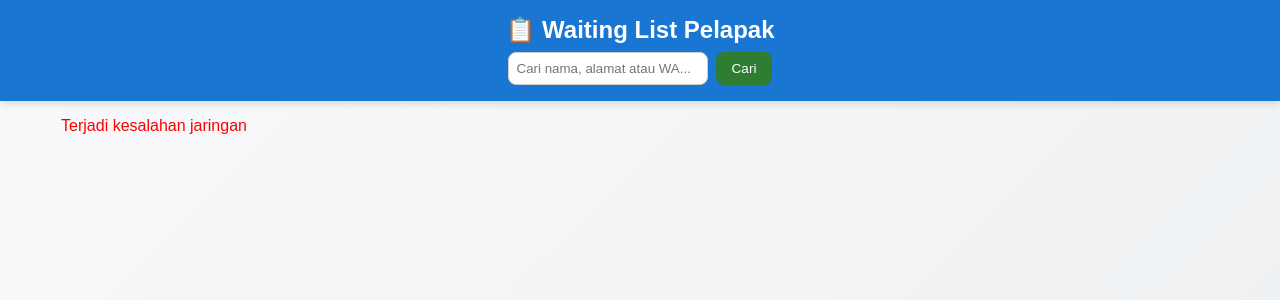
Repository: pasarrakyatbak/WaitingListforPanitia
Page: index.html
The author's editor kept a copy of each file at every save. The page is drawn from the files as they stood at one save, then again after a run of saves.
The browser window is 1280 px wide. The pictures show the whole page.
The page's requests for data from a server got no answer.

Above is the page before, as saved 2025-09-25 15:39:05.

### index.html
<!DOCTYPE html>
<html lang="id">

<head>
    <meta charset="UTF-8" />
    <meta name="viewport" content="width=device-width, initial-scale=1.0" />
    <title>Waiting List Pelapak</title>
    <link rel="stylesheet" href="style.css" />
    <link href="https://fonts.googleapis.com/icon?family=Material+Icons" rel="stylesheet">
</head>

<body>
    <header>
        <h1>📋 Waiting List Pelapak</h1>
        <div class="search-container">
            <input type="text" id="searchInput" placeholder="Cari nama, alamat atau WA...">
            <button id="searchBtn" class="btn primary">Cari</button>
        </div>
    </header>

    <main class="container">
        <!-- Loader Global -->
        <div id="loader" class="loader hidden">
            <div class="spinner"></div>
            <p>Sedang memuat data...</p>
        </div>

        <!-- List Container -->
        <div id="listContainer" class="grid"></div>

        <!-- Pagination -->
        <div id="pagination" class="pagination"></div>
    </main>

    <!-- Modal Konfirmasi -->
    <div id="modal" class="modal hidden">
        <div class="modal-content">
            <p id="modalMessage"></p>
            <div class="modal-actions">
                <button id="confirmBtn" class="btn primary">
                    <span class="btn-text">Ya</span>
                    <span class="btn-spinner hidden"></span>
                </button>
                <button id="cancelBtn" class="btn secondary">Batal</button>
            </div>
        </div>
    </div>

    <!-- Toast Notification -->
    <div id="toast" class="toast hidden">
        <span id="toastMessage"></span>
        <button id="toastClose">&times;</button>
    </div>

    <script src="script.js"></script>
</body>

</html>

### style.css
/* Reset & global */
* {
    margin: 0;
    padding: 0;
    box-sizing: border-box;
}

body {
    font-family: "Poppins", sans-serif;
    background: linear-gradient(135deg, #f9f9fb, #eceff1);
    color: #333;
    min-height: 100vh;
    display: flex;
    flex-direction: column;
}

header {
    padding: 1rem;
    text-align: center;
    background: #1976d2;
    color: #fff;
    box-shadow: 0 2px 8px rgba(0, 0, 0, 0.15);
}

h1 {
    font-size: 1.5rem;
    font-weight: 600;
    margin-bottom: 0.5rem;
}

.search-container {
    margin-top: 0.5rem;
    display: flex;
    justify-content: center;
    gap: 0.5rem;
}

.search-container input {
    padding: 0.5rem;
    border-radius: 8px;
    border: 1px solid #ccc;
    width: 200px;
}

.search-container button {
    padding: 0.5rem 1rem;
    border-radius: 8px;
    border: none;
    cursor: pointer;
}

/* Loader Global */
.loader {
    display: flex;
    flex-direction: column;
    align-items: center;
    justify-content: center;
    margin: 2rem 0;
    gap: 0.8rem;
}

.loader.hidden {
    display: none;
}

.spinner {
    border: 4px solid #eee;
    border-top: 4px solid #1976d2;
    border-radius: 50%;
    width: 36px;
    height: 36px;
    animation: spin 1s linear infinite;
}

@keyframes spin {
    100% {
        transform: rotate(360deg);
    }
}

/* Grid layout responsif */
.grid {
    display: grid;
    gap: 1rem;
    margin-top: 1rem;
}

@media(min-width:480px) {
    .grid {
        grid-template-columns: repeat(2, 1fr);
    }
}

@media(min-width:768px) {
    .grid {
        grid-template-columns: repeat(3, 1fr);
    }
}

@media(min-width:1024px) {
    .grid {
        grid-template-columns: repeat(4, 1fr);
    }
}

/* Card style */
.card {
    background: #fff;
    border-radius: 16px;
    box-shadow: 0 6px 16px rgba(0, 0, 0, 0.08);
    padding: 1rem 1.2rem;
    display: flex;
    flex-direction: column;
    justify-content: space-between;
    transition: transform 0.25s ease, box-shadow 0.25s ease;
}

.card:hover {
    transform: translateY(-4px);
    box-shadow: 0 10px 24px rgba(0, 0, 0, 0.12);
}

.card.done {
    border: 2px solid #2e7d32;
    background: #f1f8f4;
}

.card .title {
    font-size: 1.1rem;
    font-weight: 600;
    margin-bottom: 0.3rem;
    color: #222;
}

.card .subtitle {
    color: #555;
    font-size: 0.9rem;
    margin-bottom: 0.25rem;
}

.card .actions {
    margin-top: 0.8rem;
    display: flex;
    gap: 0.5rem;
}

/* Button styles */
.btn {
    border: none;
    padding: 0.5rem 1rem;
    border-radius: 10px;
    cursor: pointer;
    font-size: 0.85rem;
    font-weight: 500;
    transition: 0.3s ease;
    display: flex;
    align-items: center;
}

.btn.primary {
    background: #2e7d32;
    color: #fff;
}

.btn.primary:hover {
    background: #1b5e20;
}

.btn.secondary {
    background: #757575;
    color: #fff;
}

.btn.secondary:hover {
    background: #616161;
}

.btn.danger {
    background: #c62828;
    color: #fff;
}

.btn.danger:hover {
    background: #8e0000;
}

/* Modal */
.modal {
    position: fixed;
    inset: 0;
    background: rgba(0, 0, 0, 0.45);
    display: flex;
    align-items: center;
    justify-content: center;
    z-index: 1000;
}

.modal.hidden {
    display: none;
}

.modal-content {
    background: #fff;
    padding: 1.5rem;
    border-radius: 14px;
    width: 90%;
    max-width: 340px;
    text-align: center;
    animation: fadeInUp 0.3s ease;
}

.modal-actions {
    margin-top: 1rem;
    display: flex;
    justify-content: space-around;
}

/* Toast */
.toast {
    position: fixed;
    top: 50%;
    left: 50%;
    transform: translate(-50%, -50%) scale(0.95);
    background: #323232;
    color: #fff;
    padding: 1rem 1.2rem;
    border-radius: 12px;
    font-size: 0.95rem;
    box-shadow: 0 8px 24px rgba(0, 0, 0, 0.2);
    opacity: 0;
    display: flex;
    align-items: center;
    gap: 1rem;
    transition: opacity 0.4s ease, transform 0.4s ease;
    z-index: 2000;
}

.toast.show {
    opacity: 1;
    transform: translate(-50%, -50%) scale(1.05);
}

.toast.success {
    background: #2e7d32;
}

.toast.error {
    background: #c62828;
}

.toast button {
    background: transparent;
    border: none;
    color: #fff;
    font-size: 1.2rem;
    cursor: pointer;
}

/* Animasi */
@keyframes fadeInUp {
    from {
        transform: translateY(20px);
        opacity: 0;
    }

    to {
        transform: translateY(0);
        opacity: 1;
    }
}

/* Spinner kecil di tombol modal */
.btn-spinner {
    border: 3px solid rgba(255, 255, 255, 0.5);
    border-top: 3px solid #fff;
    border-radius: 50%;
    width: 16px;
    height: 16px;
    margin-left: 8px;
    animation: spin 0.8s linear infinite;
    display: inline-block;
}

.btn-spinner.hidden {
    display: none;
}

/* Spinner kecil di tombol card */
.btn-card-spinner {
    border: 2px solid rgba(255, 255, 255, 0.5);
    border-top: 2px solid #fff;
    border-radius: 50%;
    width: 14px;
    height: 14px;
    margin-left: 6px;
    animation: spin 0.8s linear infinite;
    display: inline-block;
}

.btn-card-spinner.hidden {
    display: none;
}

/* Pagination */
.pagination {
    display: flex;
    justify-content: center;
    gap: 0.5rem;
    margin-top: 1rem;
}

.pagination button {
    padding: 0.4rem 0.8rem;
    border-radius: 6px;
    border: 1px solid #1976d2;
    background: #fff;
    color: #1976d2;
    cursor: pointer;
}

.pagination button.active {
    background: #1976d2;
    color: #fff;
}

.pagination button:hover {
    opacity: 0.8;
}

### script.js
const URL_API = "https://script.google.com/macros/s/AKfycby4z2qZ24SrJkcyGpybH29lSUC_3_z1LG-7wSmTzpaOEXrwjXf0Cl3hqkg95qAxPj1-/exec";

const listContainer = document.getElementById("listContainer");
const modal = document.getElementById("modal");
const modalMessage = document.getElementById("modalMessage");
const confirmBtn = document.getElementById("confirmBtn");
const cancelBtn = document.getElementById("cancelBtn");
const loader = document.getElementById("loader");
const btnText = confirmBtn.querySelector(".btn-text");
const btnSpinner = confirmBtn.querySelector(".btn-spinner");
const searchInput = document.getElementById("searchInput");
const searchBtn = document.getElementById("searchBtn");
const paginationDiv = document.getElementById("pagination");

let selectedItem = null;
let selectedAction = null;
let selectedCardButton = null;
let currentPage = 1;
let totalPages = 1;
let currentKeyword = "";

// Loader global
function showLoader() { loader.classList.remove("hidden"); }
function hideLoader() { loader.classList.add("hidden"); }

// Spinner modal Ya
function setButtonLoading(state) {
    if (state) { btnText.textContent = "Memproses..."; btnSpinner.classList.remove("hidden"); confirmBtn.disabled = true; }
    else { btnText.textContent = "Ya"; btnSpinner.classList.add("hidden"); confirmBtn.disabled = false; }
}

// Load data
async function loadData(page = 1, limit = 10, keyword = "") {
    showLoader();
    let url = keyword && keyword.trim() !== ""
        ? `${URL_API}?action=searchWaitingList&keyword=${encodeURIComponent(keyword)}&page=${page}&limit=${limit}`
        : `${URL_API}?action=waitingList&page=${page}&limit=${limit}`;
    try {
        const res = await fetch(url);
        const json = await res.json();
        listContainer.innerHTML = "";
        if (json.success) {
            json.data.forEach(item => renderCard(item));
            currentPage = page;
            totalPages = json.totalPages || 1;
            renderPagination();
        } else {
            listContainer.innerHTML = `<p style="text-align:center;">${json.message || 'Gagal mengambil data'}</p>`;
            paginationDiv.innerHTML = "";
        }
    } catch (err) {
        console.error("Error loadData:", err);
        listContainer.innerHTML = `<p style="text-align:center; color:red;">Terjadi kesalahan jaringan</p>`;
        paginationDiv.innerHTML = "";
    } finally { hideLoader(); }
}

// Render card
function renderCard(item) {
    const card = document.createElement("div");
    card.classList.add("card");
    if (item.status === "done") card.classList.add("done");
    card.dataset.no = item.no;

    card.innerHTML = `
      <div class="title">${item.no}. ${item.nama}</div>
      <div class="subtitle"><strong>Alamat:</strong> ${item.alamat}</div>
      <div class="subtitle"><strong>Jualan:</strong> ${item.jualan}</div>
      <div class="subtitle"><strong>WA:</strong> ${item.nomor_wa}</div>
      <div class="actions">
        <button class="btn primary">
          Done <span class="btn-card-spinner hidden"></span>
        </button>
        <button class="btn danger">
          Hapus <span class="btn-card-spinner hidden"></span>
        </button>
      </div>
    `;

    const btnDone = card.querySelector(".btn.primary");
    const btnHapus = card.querySelector(".btn.danger");
    const spinnerDone = btnDone.querySelector(".btn-card-spinner");
    const spinnerHapus = btnHapus.querySelector(".btn-card-spinner");

    btnDone.addEventListener("click", () => {
        selectedItem = item;
        selectedAction = "done";
        selectedCardButton = btnDone;
        modalMessage.textContent = `Tandai "${item.nama}" sebagai Done?`;
        modal.classList.remove("hidden");
    });

    btnHapus.addEventListener("click", () => {
        selectedItem = item;
        selectedAction = "delete";
        selectedCardButton = btnHapus;
        modalMessage.textContent = `Hapus "${item.nama}" dari waiting list?`;
        modal.classList.remove("hidden");
    });

    listContainer.appendChild(card);
}

// Modal cancel
cancelBtn.addEventListener("click", () => {
    modal.classList.add("hidden");
    selectedItem = null;
    selectedAction = null;
    selectedCardButton = null;
});

// Modal confirm
confirmBtn.addEventListener("click", async () => {
    if (!selectedItem || !selectedAction) { modal.classList.add("hidden"); return; }
    const actionApi = selectedAction === "done" ? "approveWaitingList" : "deleteWaitingList";

    setButtonLoading(true);
    const spinnerCard = selectedCardButton.querySelector(".btn-card-spinner");
    selectedCardButton.disabled = true;
    spinnerCard.classList.remove("hidden");

    try {
        const res = await fetch(URL_API, {
            method: "POST",
            body: new URLSearchParams({ action: actionApi, no: selectedItem.no })
        });
        const json = await res.json();
        if (json.success) {
            if (selectedAction === "done") { markAsDone(selectedItem.no); showToast(`"${selectedItem.nama}" ditandai Done ✅`, "success"); }
            else { removeCard(selectedItem.no); showToast(`"${selectedItem.nama}" berhasil dihapus ❌`, "success"); }
        } else { showToast(json.message || "Gagal update data", "error"); }
    } catch (err) {
        console.error("Error confirm:", err);
        showToast("Kesalahan jaringan", "error");
    } finally {
        setButtonLoading(false);
        spinnerCard.classList.add("hidden");
        selectedCardButton.disabled = false;
        modal.classList.add("hidden");
        selectedItem = null;
        selectedAction = null;
        selectedCardButton = null;
    }
});

function markAsDone(no) {
    const card = listContainer.querySelector(`.card[data-no="${no}"]`);
    if (card) card.classList.add("done");
}

function removeCard(no) {
    const card = listContainer.querySelector(`.card[data-no="${no}"]`);
    if (card) card.remove();
}

// Toast
function showToast(message, type = "success") {
    const toast = document.getElementById("toast");
    const toastMessage = document.getElementById("toastMessage");
    const toastClose = document.getElementById("toastClose");
    toastMessage.textContent = message;
    toast.className = `toast ${type} show`;
    const timer = setTimeout(() => { toast.className = "toast hidden"; }, 3000);
    toastClose.onclick = () => { clearTimeout(timer); toast.className = "toast hidden"; };
}

// Pagination
function renderPagination() {
    paginationDiv.innerHTML = "";
    for (let i = 1; i <= totalPages; i++) {
        const btn = document.createElement("button");
        btn.textContent = i;
        if (i === currentPage) btn.classList.add("active");
        btn.addEventListener("click", () => { loadData(i, 10, currentKeyword); });
        paginationDiv.appendChild(btn);
    }
}

// Search
searchBtn.addEventListener("click", () => {
    currentKeyword = searchInput.value.trim();
    loadData(1, 10, currentKeyword);
});

searchInput.addEventListener("keypress", (e) => {
    if (e.key === "Enter") { searchBtn.click(); }
});

// Load awal
window.addEventListener("DOMContentLoaded", () => { loadData(); });

After the next 2 saves:
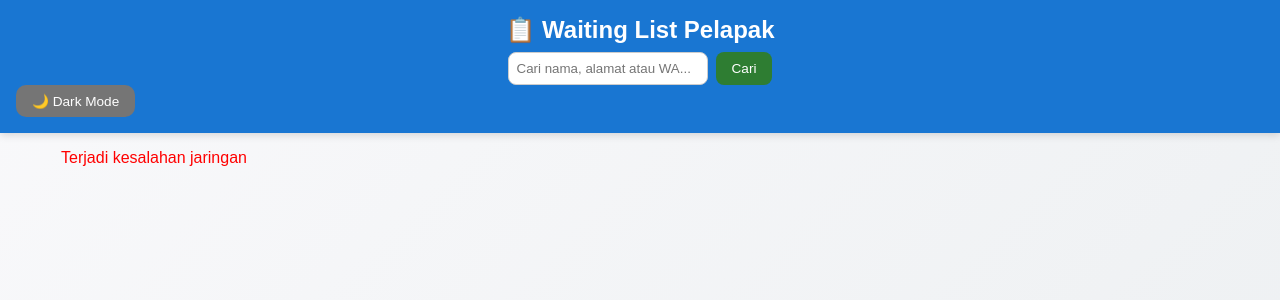
The 2 saves are shown as one change because they came seconds apart.
The last was saved 25 s later.
--- a/index.html
+++ b/index.html
@@ -12,12 +12,14 @@
 <body>
     <header>
         <h1>📋 Waiting List Pelapak</h1>
-        <div class="search-container">
-            <input type="text" id="searchInput" placeholder="Cari nama, alamat atau WA...">
-            <button id="searchBtn" class="btn primary">Cari</button>
+        <div class="header-actions">
+            <div class="search-container">
+                <input type="text" id="searchInput" placeholder="Cari nama, alamat atau WA...">
+                <button id="searchBtn" class="btn primary">Cari</button>
+            </div>
+            <button id="darkSwitch" class="btn secondary">🌙 Dark Mode</button>
         </div>
     </header>
-
     <main class="container">
         <!-- Loader Global -->
         <div id="loader" class="loader hidden">
